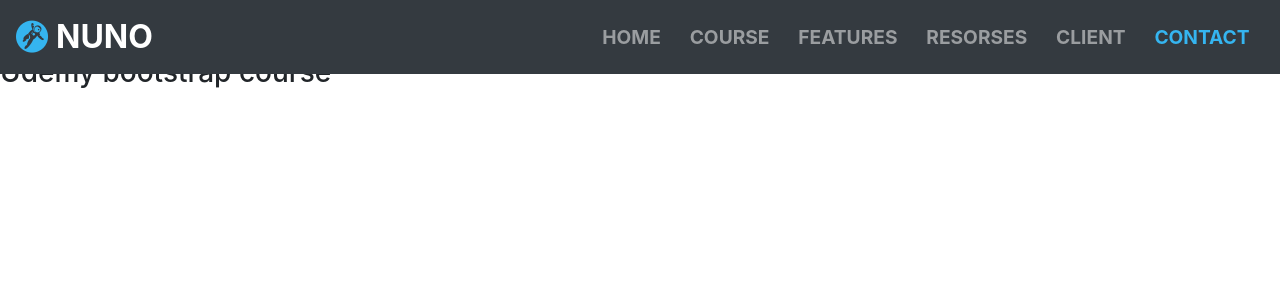
Repository: Mietlicha/bootstrap_template_exercise
Page: index.html
These files come from the project's save history. The page is drawn as it stood at one moment and after the next save; the edit follows.
The browser window is 1280 px wide. The pictures show the whole page.

Above is the page before, as saved 2019-11-19 17:26:30.

### index.html
<!DOCTYPE html>
<html lang="en">

<head>
    <meta charset="UTF-8">
    <meta name="viewport" content="width=device-width, initial-scale=1.0">
    <meta http-equiv="X-UA-Compatible" content="ie=edge">
    <title>Bootstrap template</title>
    <link rel="stylesheet" href="https://stackpath.bootstrapcdn.com/bootstrap/4.3.1/css/bootstrap.min.css"
        integrity="sha384-ggOyR0iXCbMQv3Xipma34MD+dH/1fQ784/j6cY/iJTQUOhcWr7x9JvoRxT2MZw1T" crossorigin="anonymous">
    <link rel="stylesheet" href="style.css">
    <link rel="stylesheet" href="https://cdnjs.cloudflare.com/ajax/libs/font-awesome/4.7.0/css/font-awesome.min.css">
</head>

<body data-spy="scroll" data-target="#main-nav">
    <!--------------------nav/home-------------------------------------------------------------------->
    <nav id="main-nav" class="navbar navbar-expand-md navbar-dark bg-dark font-weight-bold fixed-top">
        <a class="navbar-brand" href="#"><i class="fa fa-grav mr-2" aria-hidden="true"></i>Nuno</a>
        <button class="navbar-toggler" type="button" data-toggle="collapse" data-target="#navbarSupportedContent"
            aria-controls="navbarSupportedContent" aria-expanded="false" aria-label="Toggle navigation">
            <span class="navbar-toggler-icon"></span>
        </button>

        <div class="collapse navbar-collapse" id="navbarSupportedContent">
            <ul class="navbar-nav ml-auto">
                <li class="nav-item">
                    <a class="nav-link" href="#home">Home</a>
                </li>
                <li class="nav-item">
                    <a class="nav-link" href="#course">Course</a>
                </li>
                <li class="nav-item">
                    <a class="nav-link" href="#feature">Features</a>
                </li>
                <li class="nav-item">
                    <a class="nav-link" href="#resourses">Resorses</a>
                </li>
                <li class="nav-item">
                    <a class="nav-link" href="#client">Client</a>
                </li>
                <li class="nav-item">
                    <a class="nav-link" href="#contact">Contact</a>
                </li>
        </div>
    </nav>
<!--------------------main----------------------------------------------------------------->
<main>
    <!--------------------corse-------------------->
    <section id="home">
        <div class="home--landing-page">

        </div>
        <div class="home--caption">
            <h1>Welcome to Nuno</h1>
            <h3>Udemy bootstrap course</h3>
        </div>
    </section>

    <!--------------------corse-------------------->
    <section id="course">

    </section>
    <!--------------------feature-------------------->
    <section id="feature">

    </section>
    <!--------------------Resourses-------------------->
    <section id="resourses">

    </section>
    <!--------------------Client-------------------->
    <section id="client">

    </section>
    <!--------------------Contact-------------------->
    <section id="contact">

    </section>
</main>

    <script src="https://code.jquery.com/jquery-3.3.1.slim.min.js"
        integrity="sha384-q8i/X+965DzO0rT7abK41JStQIAqVgRVzpbzo5smXKp4YfRvH+8abtTE1Pi6jizo"
        crossorigin="anonymous"></script>
    <script src="https://cdnjs.cloudflare.com/ajax/libs/popper.js/1.14.7/umd/popper.min.js"
        integrity="sha384-UO2eT0CpHqdSJQ6hJty5KVphtPhzWj9WO1clHTMGa3JDZwrnQq4sF86dIHNDz0W1"
        crossorigin="anonymous"></script>
    <script src="https://stackpath.bootstrapcdn.com/bootstrap/4.3.1/js/bootstrap.min.js"
        integrity="sha384-JjSmVgyd0p3pXB1rRibZUAYoIIy6OrQ6VrjIEaFf/nJGzIxFDsf4x0xIM+B07jRM"
        crossorigin="anonymous"></script>
</body>

</html>

### style.css
:root{
--main-colour: rgb(53, 181, 240);
}

body{
    position: relative;
}

/************************NAV******************************************/
bg-dark{
color: rgba(0, 0, 0, 0.747);
}

.navbar-dark .navbar-nav .nav-link:hover{
    color: rgb(255, 255, 255);
}

.nav-link{
    padding: 0 7rem;
}

#main-nav {
font-size: 1.2rem;
text-transform: uppercase;
}

#main-nav .navbar-brand{
    font-size: 2rem;
}

#main-nav .navbar-brand i{
    color: var(--main-colour);
}

.navbar-dark .navbar-nav .nav-link.active{
    color: var(--main-colour);
    font-weight: bold;
}



.navbar-dark .navbar-nav .nav-link{
    padding-top: .9rem;
}

/*Nav*/
@media (min-width: 768px){
.navbar-expand-md .navbar-nav .nav-link {
    padding-right: .9rem;
    padding-left: .9rem;
    padding-top: 0;
}
}

After the next save:
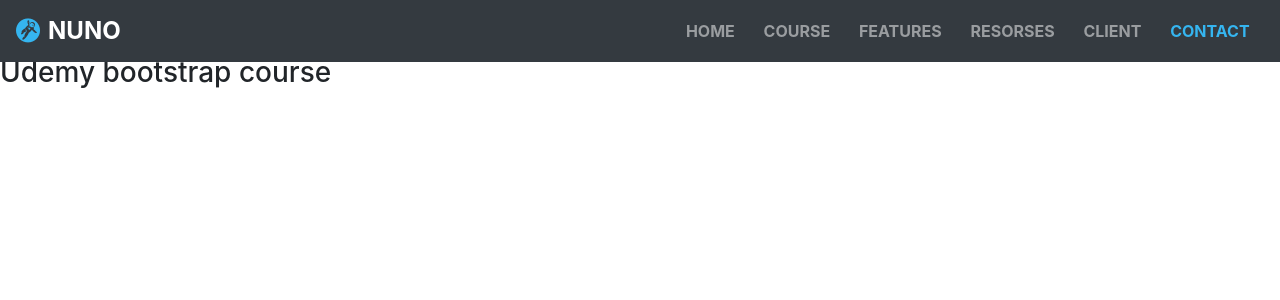
Saved 10 min 14 s later.
--- a/style.css
+++ b/style.css
@@ -20,12 +20,12 @@
 }
 
 #main-nav {
-font-size: 1.2rem;
+/* font-size: 1rem; */
 text-transform: uppercase;
 }
 
 #main-nav .navbar-brand{
-    font-size: 2rem;
+    font-size: 1.5rem;
 }
 
 #main-nav .navbar-brand i{
@@ -36,8 +36,6 @@
     color: var(--main-colour);
     font-weight: bold;
 }
-
-
 
 .navbar-dark .navbar-nav .nav-link{
     padding-top: .9rem;
@@ -51,3 +49,5 @@
     padding-top: 0;
 }
 }
+
+/************************Home******************************************/
